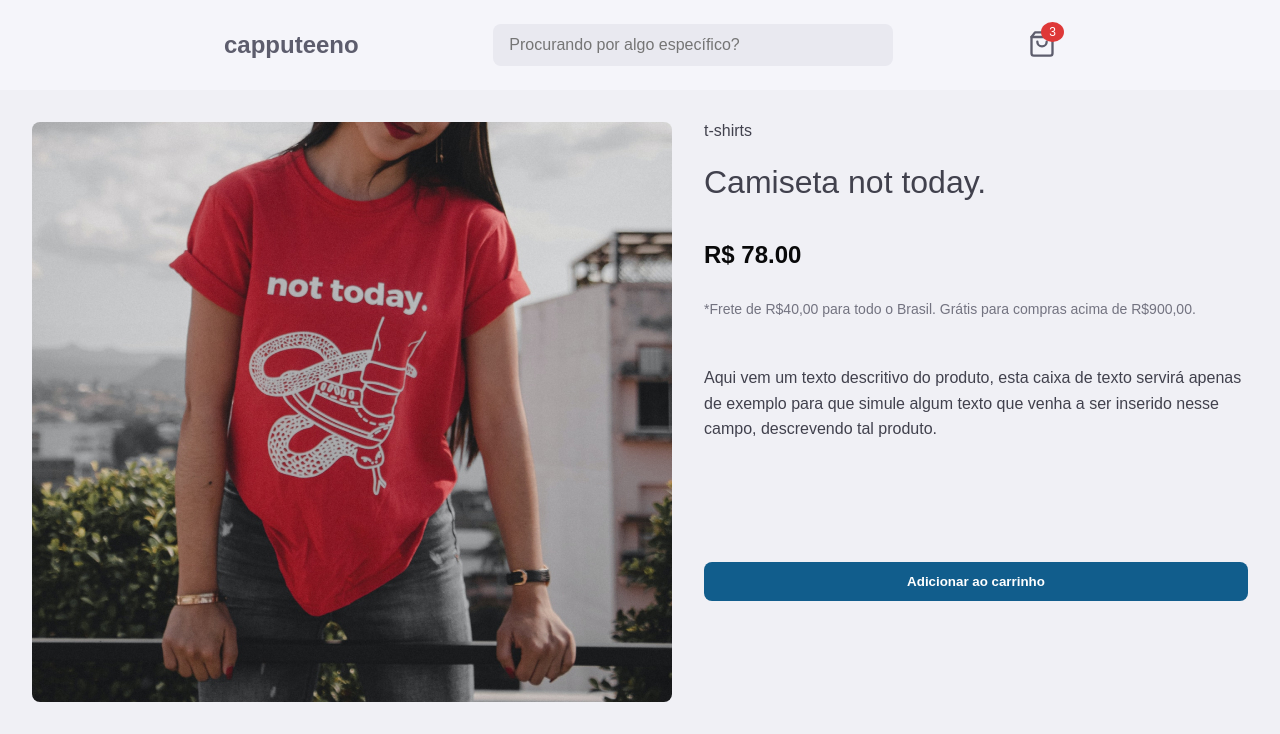
Repository: Biel-barbosa/capputeenoecomerce
Page: /product/1
These files come from the project's save history. The page is drawn as it stood at one moment and after the next save; the edit follows.
The browser window is 1280 px wide. The pictures show the whole page.
The project was rebuilt for these pictures with package versions that can differ from the ones it lists, and the page was loaded fresh each time. The framework's server and built-in components were replaced by stand-ins that run in the browser. Also part of the build but not shown: next.config.ts.

Above is the page before, as saved 2025-04-23 13:04:12.

After the next save:
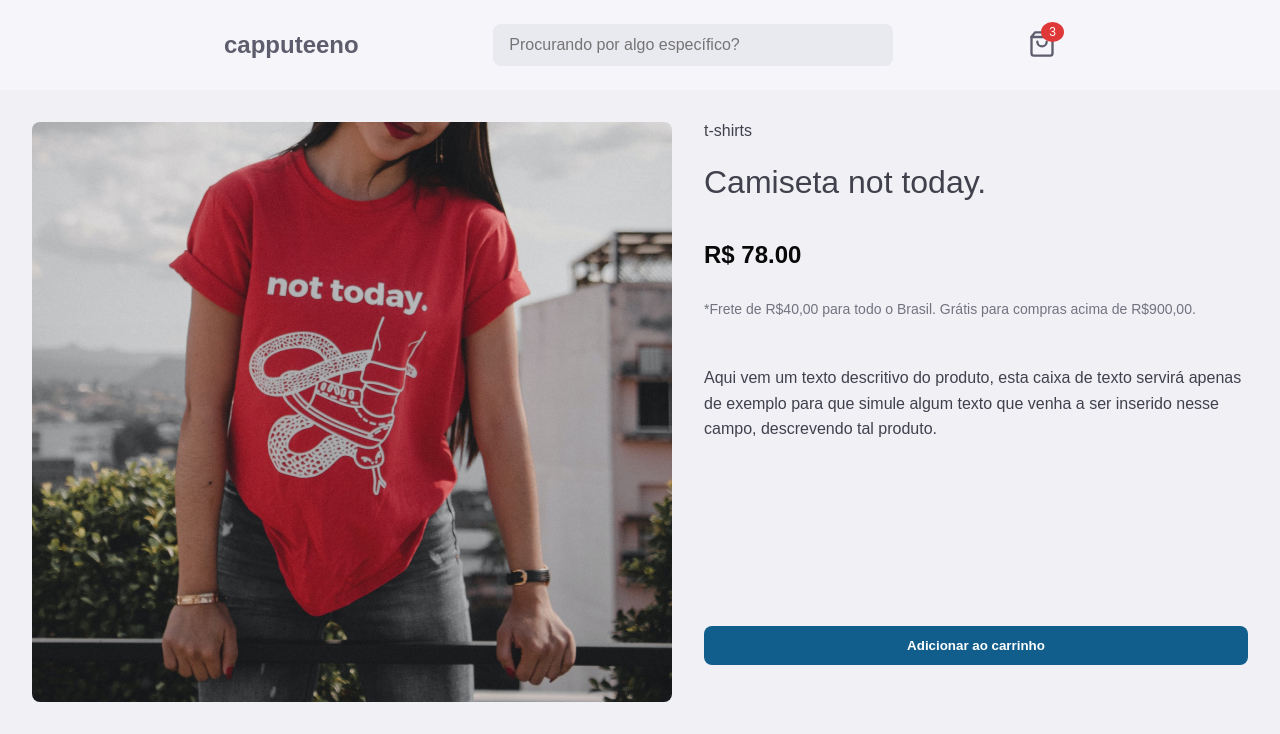
Saved 4 s later.
--- a/src/app/product/[id]/page.tsx
+++ b/src/app/product/[id]/page.tsx
@@ -67,7 +67,7 @@ const Freight = styled.span`
 `;
 
 const Button = styled.button`
-  margin-top: 6rem;
+  margin-top: 10rem;
   padding: 0.75rem 1rem;
   background-color: #115d8c;
   color: white;
